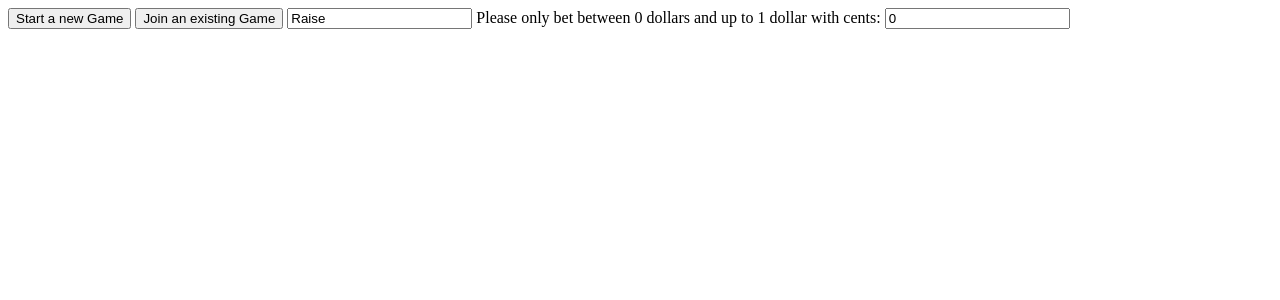
Repository: J2EEBeliever/ISA681_Poker2
Page: http://localhost/StrutsAjax/
An editor plug-in stored every save of this project. The page is shown before and after the next save, followed by the edit.
The browser window is 1280 px wide. The pictures show the whole page.
The page is served by Tomcat 9. Nobody is signed in. The application's start-up code is not run. Other server files are loaded and not shown.

Above is the page before, as saved 2015-12-04 18:34:16.

### SOURCE/StrutsAjax/WebContent/index.jsp
<%@ page contentType="text/html; charset=UTF-8"%>
<%@ taglib prefix="s" uri="/struts-tags"%>
<html>
<head>
<title>Ajax in Struts</title>

<script language="javascript" type="text/javascript">

/*
 * Author: Linus Freeman
 *
 */


//Browser Support Code
function ajaxFunctionbk(){

	alert('executing ajaxFunction()');
	var ajaxRequest;  // The variable that makes Ajax possible!

	try{
		// Opera 8.0+, Firefox, Safari
		ajaxRequest = new XMLHttpRequest();
		alert('executing ajaxFunction() #10');

	} catch (e){
		// Internet Explorer Browsers

		alert('executing ajaxFunction() #20');

		try{
			ajaxRequest = new ActiveXObject("Msxml2.XMLHTTP");
		} catch (e) {
			try{
				ajaxRequest = new ActiveXObject("Microsoft.XMLHTTP");
			} catch (e){
				// Something went wrong
				alert("Your browser broke!");
				return false;
			}
		}

	}

	alert('executing ajaxFunction() #30');


	// Create a function that will receive data sent from the server
	ajaxRequest.onreadystatechange = function(){
		if(ajaxRequest.readyState == 4){
			var ajaxDisplay = document.getElementById('ajaxDiv');
			ajaxDisplay.innerHTML = ajaxRequest.responseText;
		}
	}
//	var age = document.getElementById('age').value;
//	var wpm = document.getElementById('wpm').value;
//	var sex = document.getElementById('sex').value;
//	var queryString = "?age=" + age + "&wpm=" + wpm + "&sex=" + sex;

	alert('executing ajaxFunction() #40');


var queryString = '?playerContent=yes';
	ajaxRequest.open("GET", 'ajaxLogicAction' + queryString, true);
	ajaxRequest.send(null);

	alert('executing ajaxFunction() #50');

}

</script>


<script src="js/jquery-1.6.2.js" type="text/javascript"></script>
<script type="text/javascript">

function joinGameNow(gamePlayer1UserName) {


	alert('#30 exuting javaScript Function joinGameNow(gamePlayer1UserName)');


	$.ajax({
		type : "POST",
		url : '${pageContext.request.contextPath}/joinGameNow.html?gamePlayer1UserName=' + gamePlayer1UserName ,
		success : function(response) {
			$('.result').html(response);
		}
	});

}

function playerContent() {

	alert('#10');


	$.ajax({
		type : "POST",
		url : '${pageContext.request.contextPath}/getPlayerTurn.html',
		success : function(response) {
			$('.result').html(response);
		}
	});
}

function raise() {

	alert('In method raise()');

	var betAmount_ = document.getElementById('betAmount');

	alert('betAmount = ' + betAmount_.value);

	var betAmountFloat_ = parseFloat(betAmount.value);

	if(betAmountFloat_ <0 || betAmountFloat_ > 1.00  ) {

		alert('Bet Amount muset be between 0 qne 1.00 dollers.');
		return;

	}


	$.ajax({
		type : "POST",
		url : '${pageContext.request.contextPath}/raise.html?betAmount=' + betAmountFloat_,
		success : function(response) {
			$('.result').html(response);
		}
	});

	setTimeout(playActiveGame,5000)


}


$(document).ready(function() {


	/*)
		$('#joinGameNow1').click(function() {
			$.ajax({
				type : "POST",
				url : '${pageContext.request.contextPath}/joinGameNow1.html',
				success : function(response) {
					$('.result').html(response);
				}
			});
		});
	*/

		$('#joinGameNow1').click(function() {
			$.ajax({
				type : "POST",
				url : '${pageContext.request.contextPath}/joinGameNow1.html',
				success : function(response) {
					$('.result').html(response);
				}
			});
		});



		$('#buttonJoinGame2').click(function() {
			$.ajax({
				type : "POST",
				url : '${pageContext.request.contextPath}/joinGame2.html',
				success : function(response) {
					$('.result').html(response);
				}
			});
		});


		$('#buttonNewGame').click(function() {
			$.ajax({
				type : "POST",
				url : '${pageContext.request.contextPath}/newGame.html',
				success : function(response) {
					$('.result').html(response);
				}
			});
		});


/*
		$('#buttonJoinGame').click(function() {
			$.ajax({
				type : "POST",
				url : '${pageContext.request.contextPath}/joinGame.html',
				success : function(response) {
					$('.result').html(response);
				}
			});
		});
*/

		$('#buttonHello').click(function() {
			$.ajax({
				type : "POST",
				url : '${pageContext.request.contextPath}/hello.html',
				success : function(response) {
					$('.result').html(response);
				}
			});
		});

		$('#buttonSum').click(function() {
			$.ajax({
				type : "GET",
				data : {
					a : 1,
					b : 2
				},
				url : '${pageContext.request.contextPath}/sum.html',
				success : function(response) {
					$('.result').html(response);
				}
			});
		});

		$('#buttonFind').click(function() {
			$.ajax({
				type : "GET",
				headers : {
					Accept : "application/json; charset=utf-8",
					"Content-Type" : "application/json; charset=utf-8"
				},
				url : '${pageContext.request.contextPath}/find.html',
				success : function(response) {
					var result = 'Id: ' + response.sp.id + '<br>Name: ' + response.sp.name + '<br>Price: ' + response.sp.price;
					$('.result').html(result);
				}
			});
		});

		//buttonJoinGame
		$('#buttonJoinGame').click(function() {
			$.ajax({
				type : "GET",
				headers : {
					Accept : "application/json; charset=utf-8",
					"Content-Type" : "application/json; charset=utf-8"
				},
				url : '${pageContext.request.contextPath}/joinGame.html',
				success : function(response) {
					var n = response.lu.length;
					var result = '';
					for(var i=0; i<n; i++)
						//result += '<br><a href = "${pageContext.request.contextPath}/joinGameNow.html?gameUserName="' + response.lu[i].userName + '" value = "' + response.lu[i].userName + '">';
						result += '<br>' + response.lu[i].userName + '<br>';
					$('.result').html(result);
				}
			});
		});



		$('#buttonFindAll').click(function() {
			$.ajax({
				type : "GET",
				headers : {
					Accept : "application/json; charset=utf-8",
					"Content-Type" : "application/json; charset=utf-8"
				},
				url : '${pageContext.request.contextPath}/findall.html',
				success : function(response) {
					var n = response.lp.length;
					var result = '';
					for(var i=0; i<n; i++)
						result += '<br>Id: ' + response.lp[i].id + ' - Name: ' + response.lp[i].name + ' - Price: ' + response.lp[i].price;
					$('.result').html(result);
				}
			});
		});

	});
</script>
</head>


<body onload "setTimeout(playActiveGame,5000)">

	<input type="button" value="Start a new Game" id="buttonNewGame">
	<!-- input type="button" value="Join an existing Game" id="buttonJoinGame" -->
	<input type="button" value="Join an existing Game" id="buttonJoinGame2">

	<input type="text" name = "raise" value = "Raise" id = "raise"  onclick="raise()">
	Please only bet between 0 dollars and up to 1 dollar with cents: <input type = "text" name = "betAmount"  value = "0" id = "betAmount">


	<!--   input type="button" value="Hello" id="buttonHello">
	<input type="button" value="Sum" id="buttonSum">
	<input type="button" value="Find" id="buttonFind">
	<input type="button" value="Find All" id="buttonFindAll" -->
	<br>
	<div class="result"></div><BR><BR>
	<div class="result2"></div>


</body>
</html>

Loaded but not shown: SOURCE/StrutsAjax/WebContent/js/jquery-1.6.2.js (library)

After the next save:
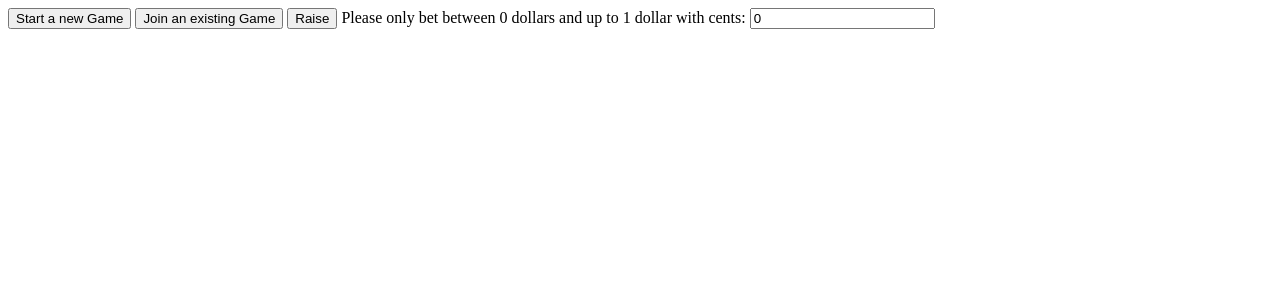
Saved 23 s later.
--- a/SOURCE/StrutsAjax/WebContent/index.jsp
+++ b/SOURCE/StrutsAjax/WebContent/index.jsp
@@ -287,7 +287,7 @@ $(document).ready(function() {
 	<!-- input type="button" value="Join an existing Game" id="buttonJoinGame" -->
 	<input type="button" value="Join an existing Game" id="buttonJoinGame2">
 
-	<input type="text" name = "raise" value = "Raise" id = "raise"  onclick="raise()">
+	<input type="button" name = "raise" value = "Raise" id = "raise"  onclick="raise()">
 	Please only bet between 0 dollars and up to 1 dollar with cents: <input type = "text" name = "betAmount"  value = "0" id = "betAmount">
 
 
